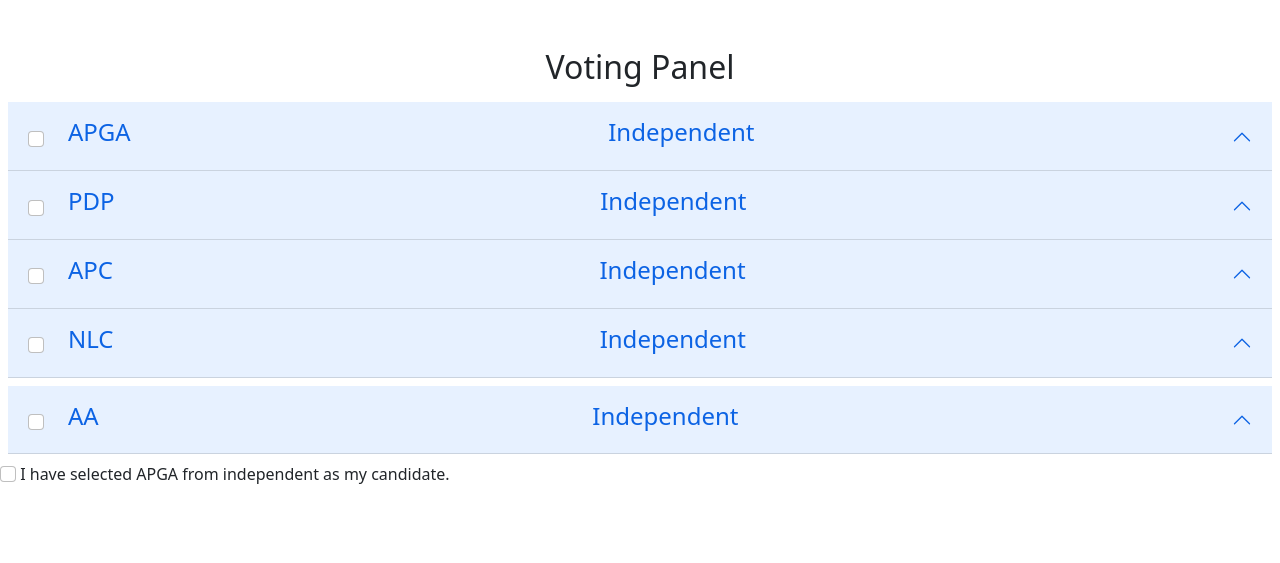
Repository: DavidManiIbrahim/Voting-app
Page: panel.html
These files come from the project's save history. The page is drawn as it stood at one moment and after the next save; the edit follows.
The browser window is 1280 px wide. The pictures show the whole page.

Above is the page before, as saved 2025-01-20 06:41:55.

### panel.html
<!DOCTYPE html>
<html lang="en">
  <head>
    <meta charset="UTF-8" />
    <meta name="viewport" content="width=device-width, initial-scale=1.0" />
    <title>Voting Panel</title>
    <link rel="stylesheet" href="./bootstrap.css" />
  </head>

  <body>
    <h2 class="text-center mt-5">Voting Panel</h2>

    <div class="container-fluid p-2">
      <!-- accordion one -->
      <button
        class="accordion-button"
        data-bs-toggle="collapse"
        data-bs-target="#accord"
      >
      <!-- <input type="checkbox" class="form-check-input me-4" />  -->

        <input type="checkbox" class="form-check-input me-4" />
        <h4 class="accor">APGA</h4>
        <img src="" alt="" />

        <h4 class="ms-auto">Independent</h4>
        <img src="" alt="" />
      </button>

      <ul class="collapse list-unstyled" id="accord">
        <p>
          <span class="fw-bold">Name:</span>
          Abubakar
        </p>

        <p>
          <span class="fw-bold">Age:</span>
          30
        </p>
        <p>
          <span class="fw-bold">Education:</span>
          University Of Abuja
        </p>
        <p>
          <span class="fw-bold">Party:</span>
          University Of Abuja
        </p>
      </ul>

      <!-- accordion two -->
      <button
        class="accordion-button"
        data-bs-toggle="collapse"
        data-bs-target="#accord1"
      >
        <input type="checkbox" class="form-check-input me-4" />
        <h4 class="accor">PDP</h4>
        <img src="" alt="" />

        <h4 class="ms-auto">Independent</h4>
        <img src="" alt="" />
      </button>

      <ul class="collapse list-unstyled" id="accord1">
        <p>
          <span class="fw-bold">Name:</span>
          Abubakar
        </p>
        <p></p>
        <p>
          <span class="fw-bold">Age:</span>
          30
        </p>
        <p>
          <span class="fw-bold">Education:</span>
          University Of Abuja
        </p>
        <p>
          <span class="fw-bold">Party:</span>
          University Of Abuja
        </p>
      </ul>

      <!-- accordion three -->
      <button
        class="accordion-button"
        data-bs-toggle="collapse"
        data-bs-target="#accord2"
      >
      <input type="checkbox" class="form-check-input me-4" />
      <h4 class="accor">APC</h4>
        <img src="" alt="" />

        <h4 class="ms-auto">Independent</h4>
        <img src="" alt="" />
      </button>
      <ul class="collapse list-unstyled" id="accord2">
        <p>
          <span class="fw-bold">Name:</span>
          Abubakar
        </p>
        <p></p>
        <p>
          <span class="fw-bold">Age:</span>
          30
        </p>
        <p>
          <span class="fw-bold">Education:</span>
          University Of Abuja
        </p>
        <p>
          <span class="fw-bold">Party:</span>
          University Of Abuja
        </p>
      </ul>

      <!-- accordion four -->
      <button
        class="accordion-button"
        data-bs-toggle="collapse"
        data-bs-target="#accord3"
      >
      <input type="checkbox" class="form-check-input me-4" />
      <h4 class="accor">NLC</h4>
        <img src="" alt="" />

        <h4 class="ms-auto">Independent</h4>
        <img src="" alt="" />
      </button>

      <ul class="collapse list-unstyled" id="accord3">
        <p>
          <span class="fw-bold">Name:</span>
          Abubakar
        </p>
        <p></p>
        <p>
          <span class="fw-bold">Age:</span>
          30
        </p>
        <p>
          <span class="fw-bold">Education:</span>
          University Of Abuja
        </p>
        <p>
          <span class="fw-bold">Party:</span>
          Nigeria Labour Congress
        </p>
      </ul>

      <!-- accordion five -->
      <button
        class="accordion-button mt-2"
        data-bs-toggle="collapse"
        data-bs-target="#accord4"
      >
      <input type="checkbox" class="form-check-input me-4" />
        <h4 class="accor">AA</h4>
        <img src="" alt="" />

        <h4 class="ms-auto">Independent</h4>
        <img src="" alt="" />
      </button>

      <ul class="collapse list-unstyled" id="accord4">
        <p>
          <span class="fw-bold">Name:</span>
          Abubakar
        </p>
        <p></p>
        <p>
          <span class="fw-bold">Age:</span>
          30
        </p>
        <p>
          <span class="fw-bold">Education:</span>
          University Of Abuja
        </p>
        <p>
          <span class="fw-bold">Party:</span>
          Action Alliance
        </p>
      </ul>
    </div>
    <label for="confirmation">
        <input type="checkbox" class="form-check-input" />
    </label>
    <span>I have selected APGA from independent as my candidate.</span>

    <script src="./bootstrap.min.js"></script>
  </body>
</html>

Loaded but not shown: bootstrap.css (library); bootstrap.min.js (library)

After the next save:
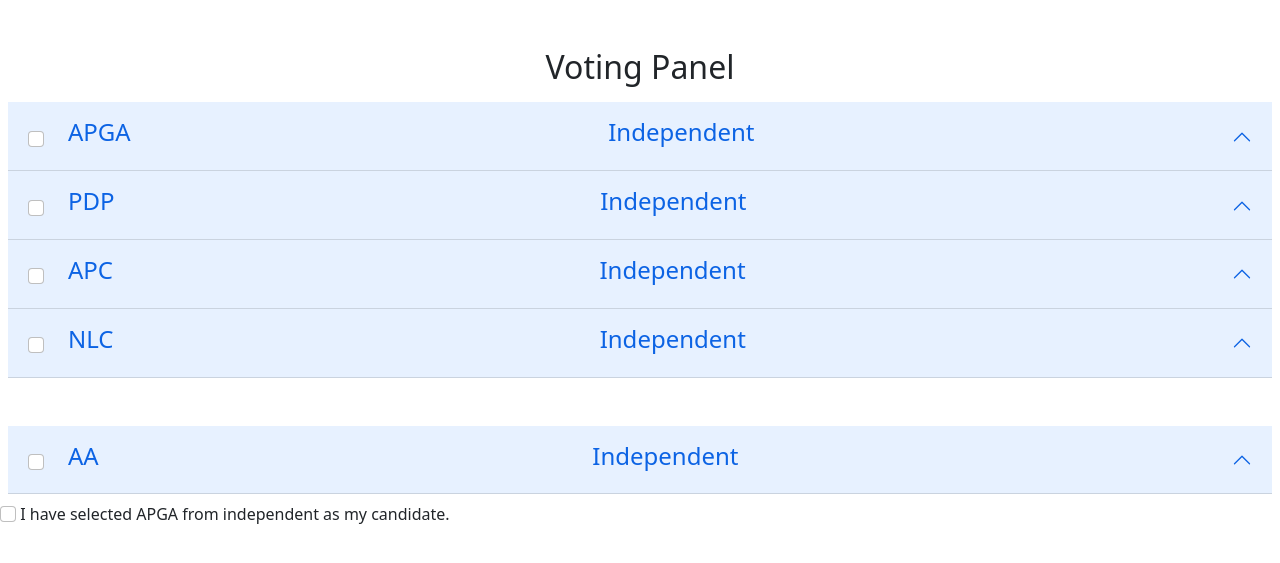
Saved 13 s later.
--- a/panel.html
+++ b/panel.html
@@ -150,7 +150,7 @@
 
       <!-- accordion five -->
       <button
-        class="accordion-button mt-2"
+        class="accordion-button mt-5"
         data-bs-toggle="collapse"
         data-bs-target="#accord4"
       >
